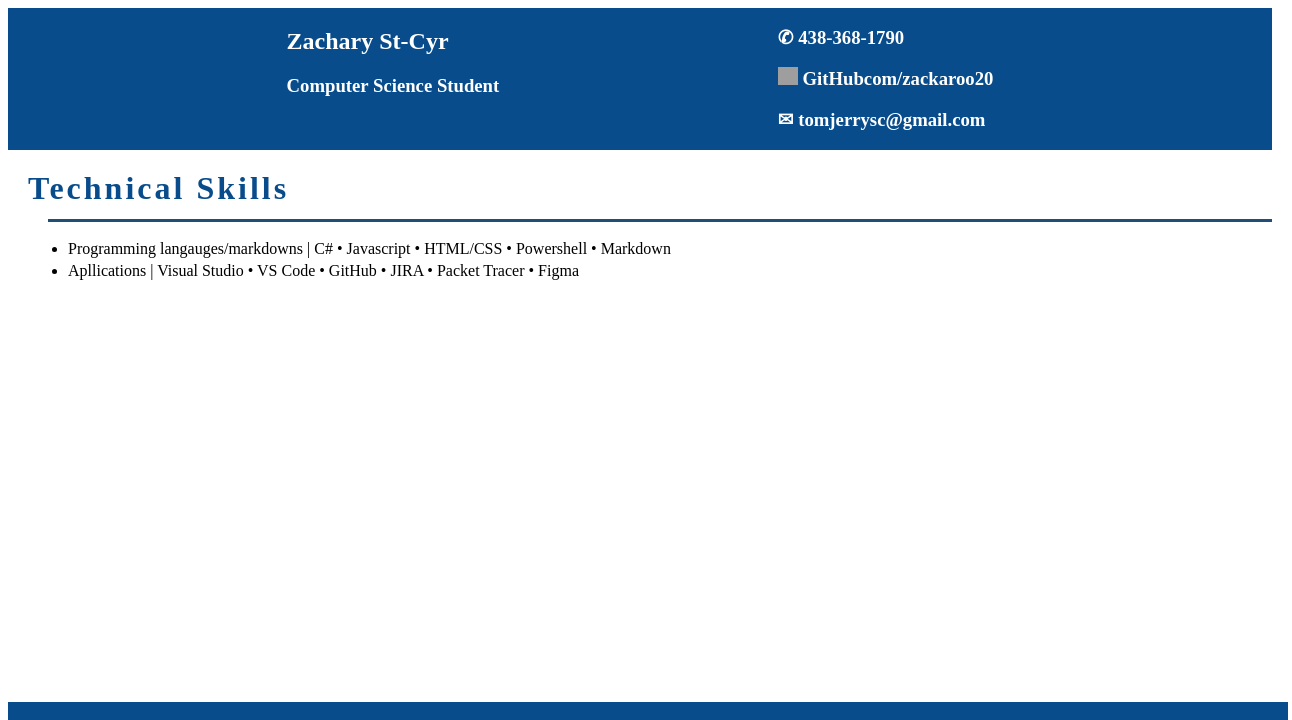
Repository: zackaroo20/Resume-CV
Page: CV.html
These files come from the project's save history. The page is drawn as it stood at one moment and after the next save; the edit follows.
The browser window is 1280 px wide. The page is 1292 px wide, so the pictures cover 1292 px, including what lies to the right of the window. The pictures show the whole page.
Pictures or frames that could not be fetched are drawn as grey boxes.

Above is the page before, as saved 2026-03-02 16:30:54.

After the next save:
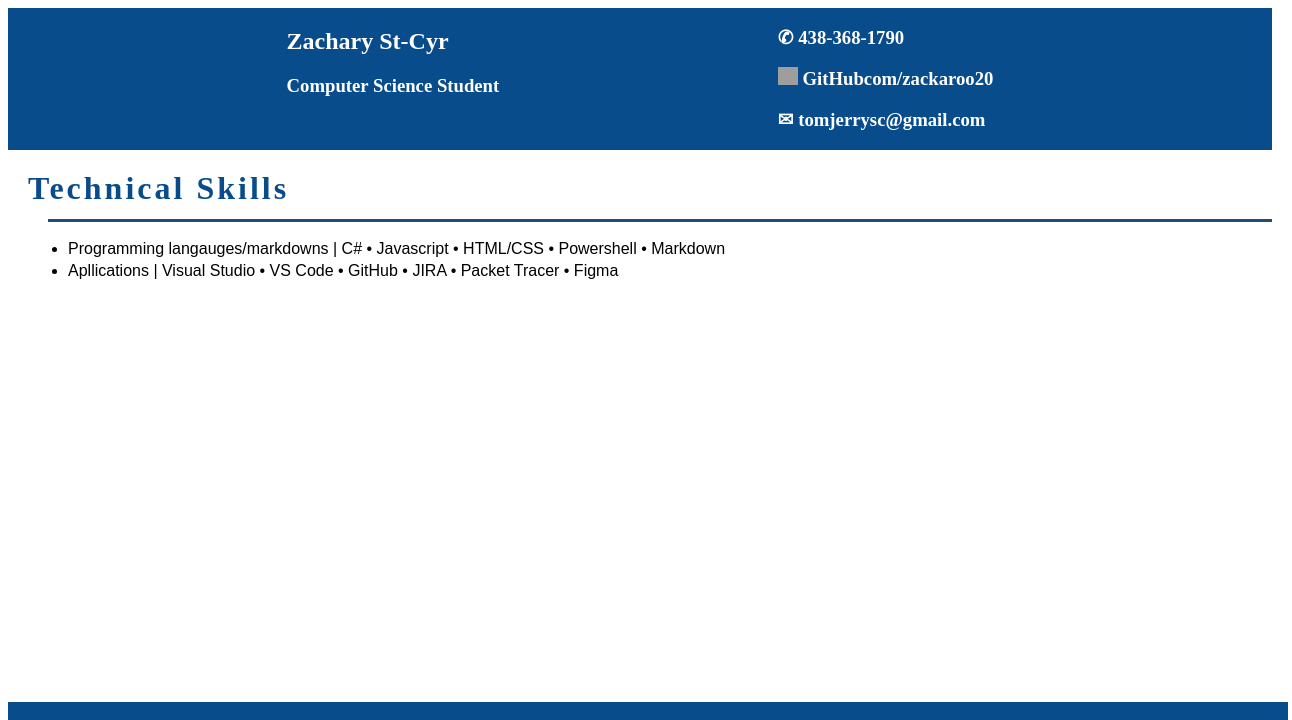
Saved 4 min 22 s later.
--- a/CV.css
+++ b/CV.css
@@ -31,6 +31,7 @@ header {
 }
 
 .skills {
+   font-family: Arial, sans-serif;
   list-style: disc;
   padding-left: 40px;
   margin: 8px 0 0 0;
